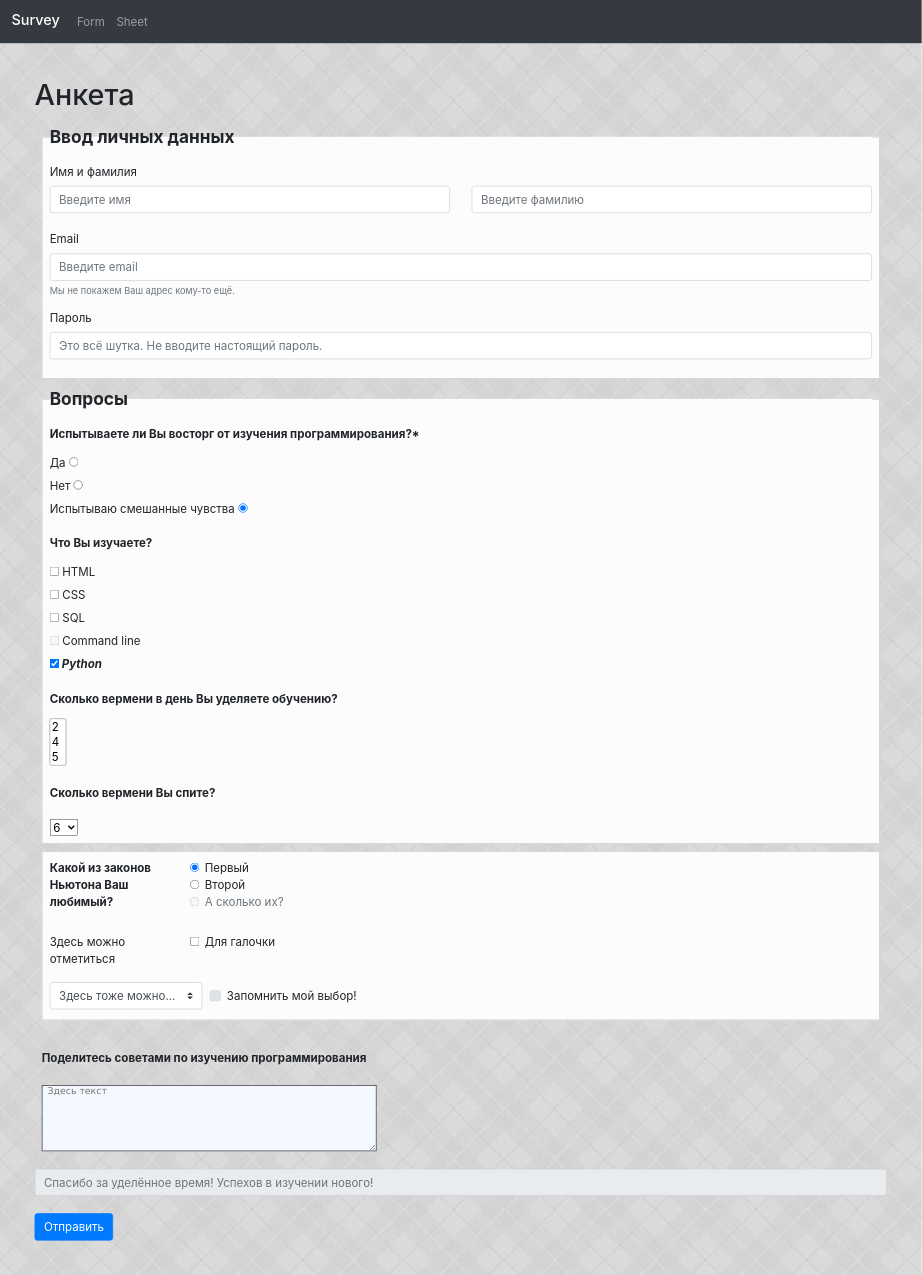
Repository: tavrora/cs50_ide
Page: http://localhost/form
The author's editor kept a record of every edit. The page is drawn from the files as they stood at one moment, then again after the next edit.
The browser window is 1280 px wide. The pictures show the whole page, at 72% of full size.
The page is served by the project's application, run on Flask 3 (pset7/survey/application.py).

Above is the page before.

### pset7/survey/templates/form.html
{% extends "layout.html" %}

{% block main %}

    <!-- http://getbootstrap.com/docs/4.1/content/typography/ -->
    <h1 class="mb-3">Анкета</h1>

    <!-- http://getbootstrap.com/docs/4.1/components/forms/ -->
    <form action="/form" method="post" name="contact_form" onsubmit="return validate_form ( );">

        <!-- TODO -->
        <fieldset>
            <legend>Ввод личных данных</legend>

            <label>Имя и фамилия</label>
            <div class="row">
                <div class="col">
                    <input name="firstname" type="text" class="form-control" placeholder="Введите имя">
                </div>
                <div class="col">
                    <input name="lastname" type="text" class="form-control" placeholder="Введите фамилию">
                </div>
            </div>
            <br />
            <div class="form-group">
                <label for="exampleInputEmail1">Email</label>
                <input name="email" type="email" class="form-control" id="exampleInputEmail1" aria-describedby="emailHelp" placeholder="Введите еmail">
                <small id="emailHelp" class="form-text text-muted">Мы не покажем Ваш адрес кому-то ещё.</small>
            </div>
            <div class="form-group">
                <label for="exampleInputPassword1">Пароль</label>
                <input name="password" type="password" class="form-control" id="exampleInputPassword1" placeholder="Это всё шутка. Не вводите настоящий пароль.">
            </div>
        </fieldset>

        <fieldset>
            <legend>Вопросы</legend>
            <p class="question">Испытываете ли Вы восторг от изучения программирования?*</p>
            <p>
                <label>Да <input type="radio" name="vostorg" value="yes"></label>
                <br />
                <label>Нет <input type="radio" name="vostorg" value="no"></label>
                <br />
                <label>Испытываю смешанные чувства <input type="radio" name="vostorg" value="yy" checked></label>
            </p>

            <p class="question">Что Вы изучаете?</p>
            <p>
                <label><input type="checkbox" name="html"> HTML</label>
                <br />
                <label><input type="checkbox" name="css"> CSS</label>
                <br />
                <label><input type="checkbox" name="sql"> SQL</label>
                <br />
                <label><input type="checkbox" name="commandline" disabled> Сommand line</label>
                <br />
                <label><input type="checkbox" name="python" checked><b><i> Python</i></b></label>
            </p>

            <p class="question">Сколько вермени в день Вы уделяете обучению?</p>
            <select name="lerns" size="3" multiple>
                <option>2</option>
                <option>4</option>
                <option>5</option>
                <option>8</option>
                <option>10</option>
            </select>
            <br />
            <br />

            <p class="question"><label for="sleep">Сколько вермени Вы спите?</label></p>
            <select name="sleep" id="sleep">
                <option>5</option>
                <option selected>6</option>
                <option value="seven">7</option>
                <option>8</option>
                <option>12</option>
            </select>

        </fieldset>

        <fieldset class="form-group">
            <div class="row">
                <legend class="col-form-label col-sm-2 pt-0">Какой из законов Ньютона Ваш любимый?</legend>
                <div class="col-sm-10">
                <div class="form-check">
                    <input class="form-check-input" type="radio" name="gridRadios" id="gridRadios1" value="option1" checked>
                    <label class="form-check-label" for="gridRadios1">
                        Первый
                    </label>
                </div>
                <div class="form-check">
                    <input class="form-check-input" type="radio" name="gridRadios" id="gridRadios2" value="option2">
                    <label class="form-check-label" for="gridRadios2">
                        Второй
                    </label>
                </div>
                <div class="form-check disabled">
                    <input class="form-check-input" type="radio" name="gridRadios" id="gridRadios3" value="option3" disabled>
                    <label class="form-check-label" for="gridRadios3">
                        А сколько их?
                    </label>
                </div>
              </div>
            </div>

            <br />

            <div class="form-group row">
                <div class="col-sm-2">Здесь можно отметиться</div>
                <div class="col-sm-10">
                    <div class="form-check">
                        <input class="form-check-input" type="checkbox" id="gridCheck1">
                        <label class="form-check-label" for="gridCheck1">
                            Для галочки
                        </label>
                    </div>
                </div>
            </div>

            <div class="form-row align-items-center">
                <div class="col-auto my-1">
                    <label class="mr-sm-2 sr-only" for="inlineFormCustomSelect">Preference</label>
                    <select class="custom-select mr-sm-2" id="inlineFormCustomSelect">
                        <option selected>Здесь тоже можно...</option>
                        <option value="1">Учиться</option>
                        <option value="2">Гулять</option>
                        <option value="3">Спать</option>
                    </select>
                </div>
                <div class="col-auto my-1">
                    <div class="custom-control custom-checkbox mr-sm-2">
                        <input type="checkbox" class="custom-control-input" id="customControlAutosizing">
                        <label class="custom-control-label" for="customControlAutosizing">Запомнить мой выбор!</label>
                    </div>
                </div>
            </div>

        </fieldset>

        <br />
        <p class=" question tp"><label for="text">Поделитесь советами по изучению программирования</label></p>
        <p><textarea name="text" cols="30" rows="6" id="text" placeholder="Здесь текст"></textarea></p>

        <input class="form-control" type="text" placeholder="Спасибо за уделённое время! Успехов в изучении нового!" readonly>
        <br />

        <!-- http://getbootstrap.com/docs/4.1/components/buttons/ -->
        <button class="btn btn-primary" type="submit">Отправить</button>

    </form>

    <script>
        // источник https://ruseller.com/lessons.php?id=592&rub=28

        function validate_form()
        {
        	valid = true;
            // 	проверка имени на фронте и на бэке
            if (document.contact_form.firstname.value == "")
            {
                alert ("Пожалуйста, введите Ваше имя.");
                valid = false;
            }

            if (document.contact_form.lastname.value == "")
            {
                alert ("Пожалуйста, введите Вашу фамилию.");
                valid = false;
            }

            if (document.contact_form.exampleInputEmail1.value == "")
            {
                alert ("Пожалуйста, введите Ваш email.");
                valid = false;
            }

            // для радиокнопок только фронтовая проверка
            if ((document.contact_form.vostorg[0].checked == false ) && ( document.contact_form.vostorg[1].checked == false ) && ( document.contact_form.vostorg[2].checked == false))
            {
                alert ("Пожалуйста, укажите тип восторга.");
                valid = false;
            }

            return valid;
        }

    </script>

{% endblock %}

### pset7/survey/templates/layout.html
<!DOCTYPE html>

<html>

    <head>

        <meta name="viewport" content="initial-scale=1, width=device-width">

        <!-- http://getbootstrap.com/docs/4.1/ -->
        <link href="https://stackpath.bootstrapcdn.com/bootstrap/4.1.3/css/bootstrap.min.css" rel="stylesheet">
        <script src="https://code.jquery.com/jquery-3.3.1.min.js"></script>
        <script src="https://cdnjs.cloudflare.com/ajax/libs/popper.js/1.14.3/umd/popper.min.js"></script>
        <script src="https://stackpath.bootstrapcdn.com/bootstrap/4.1.3/js/bootstrap.min.js"></script>

        <link href="/static/styles.css" rel="stylesheet">

        <title>Survey</title>

    </head>

    <body>

        <!-- http://getbootstrap.com/docs/4.1/components/navbar/ -->
        <nav class="navbar navbar-expand-sm navbar-dark bg-dark">
            <a class="navbar-brand mb-1 h1" href="/">Survey</a>
            <button aria-controls="navbarNav" aria-expanded="false" aria-label="Toggle navigation" class="navbar-toggler" type="button" data-target="#navbarNav" data-toggle="collapse">
                <span class="navbar-toggler-icon"></span>
            </button>
            <div class="collapse navbar-collapse" id="navbarNav">
                <ul class="navbar-nav">
                    <li class="nav-item">
                        <a class="nav-link" href="/form">Form</a>
                    </li>
                    <li class="nav-item">
                        <a class="nav-link" href="/sheet">Sheet</a>
                    </li>
                </ul>
            </div>
        </nav>

        <!-- http://getbootstrap.com/docs/4.1/layout/overview/#containers -->
        <main class="container-fluid p-5">
            {% block main %}{% endblock %}
        </main>

    </body>

</html>

### pset7/survey/application.py
import cs50
import csv

from flask import Flask, jsonify, redirect, render_template, request

# Configure application
app = Flask(__name__)

# Reload templates when they are changed
app.config["TEMPLATES_AUTO_RELOAD"] = True


@app.after_request
def after_request(response):
    """Disable caching"""
    response.headers["Cache-Control"] = "no-cache, no-store, must-revalidate"
    response.headers["Expires"] = 0
    response.headers["Pragma"] = "no-cache"
    return response


@app.route("/", methods=["GET"])
def get_index():
    return redirect("/form")


@app.route("/form", methods=["GET"])
def get_form():
    return render_template("form.html")


@app.route("/form", methods=["POST"])
def post_form():
    # (в скобках значения атрибута "name"?)
    firstname = request.form.get("firstname")     # это серверная проверка пустоты формы на случай отключения js
    lastname = request.form.get("lastname")
    password = request.form.get("password")     # проверка только на бэке
    if not firstname or not lastname or not password:
        return render_template("error.html", message="Вы, хитрец, отключили js и не заполнили имя или пароль (или просто не заполнили пароль). Пожалуйста, заполните указанные поля")

    # в случае валидных данных (заполнены имя и пароль) - сохраняем данные в файле csv
    # и переводим пользователя на таблицу просмотра данных

    with open("survey.csv", "a") as file:
        writer = csv.writer(file)
        writer.writerow((request.form.get("firstname"), request.form.get("lastname"),
                         request.form.get("email"), request.form.get("password"),
                         request.form.get("text")))

    return redirect("/sheet")


@app.route("/sheet", methods=["GET"])
def get_sheet():
    with open("survey.csv", "r") as file:
        reader = csv.reader(file)
        respondents = list(reader)
    return render_template("sheet.html", respondents=respondents)

### pset7/survey/static/styles.css
/* TODO */

body {
	/*font: 13px Verdana, sans-serif;*/
	/*color: #333333;*/
	/*background-color: #808080;*/
	background-image: url(102.png);
}

legend {
	font-weight: bold;
}

.question {
	font-weight: bold;
}

.tp {
	margin-left: 10px;
}

fieldset {
	padding: 10px;
	margin: 10px;
	border: 1px solid #cccccc;
	background-color: #FCFCFC;
}

textarea {
	border: 1px solid #333333;
	background-color: #F4F9FF;
	width: 465px;
	margin: 2px 10px;
	font: 13px Verdana, sans-serif;
	padding: 0 7px;
}

textarea:focus {
	border: 2px solid #7AA5DA;
	background-color: #FFFFFF;
}

label {
	cursor: pointer;
}

.input {
	border: 1px solid #333333;
	width: 300px;
	height: 27px;
	background-image: url(../images/inputbg.jpg);
	background-repeat: repeat-x;
	font: 13px Verdana, sans-serif;
	line-height: 27px; /* для IE */
	padding: 0 7px;
}

.input:focus {
	border: 2px solid #7AA5DA;
	background: none;
	background-color: #FFFFFF;
}

After the next edit:
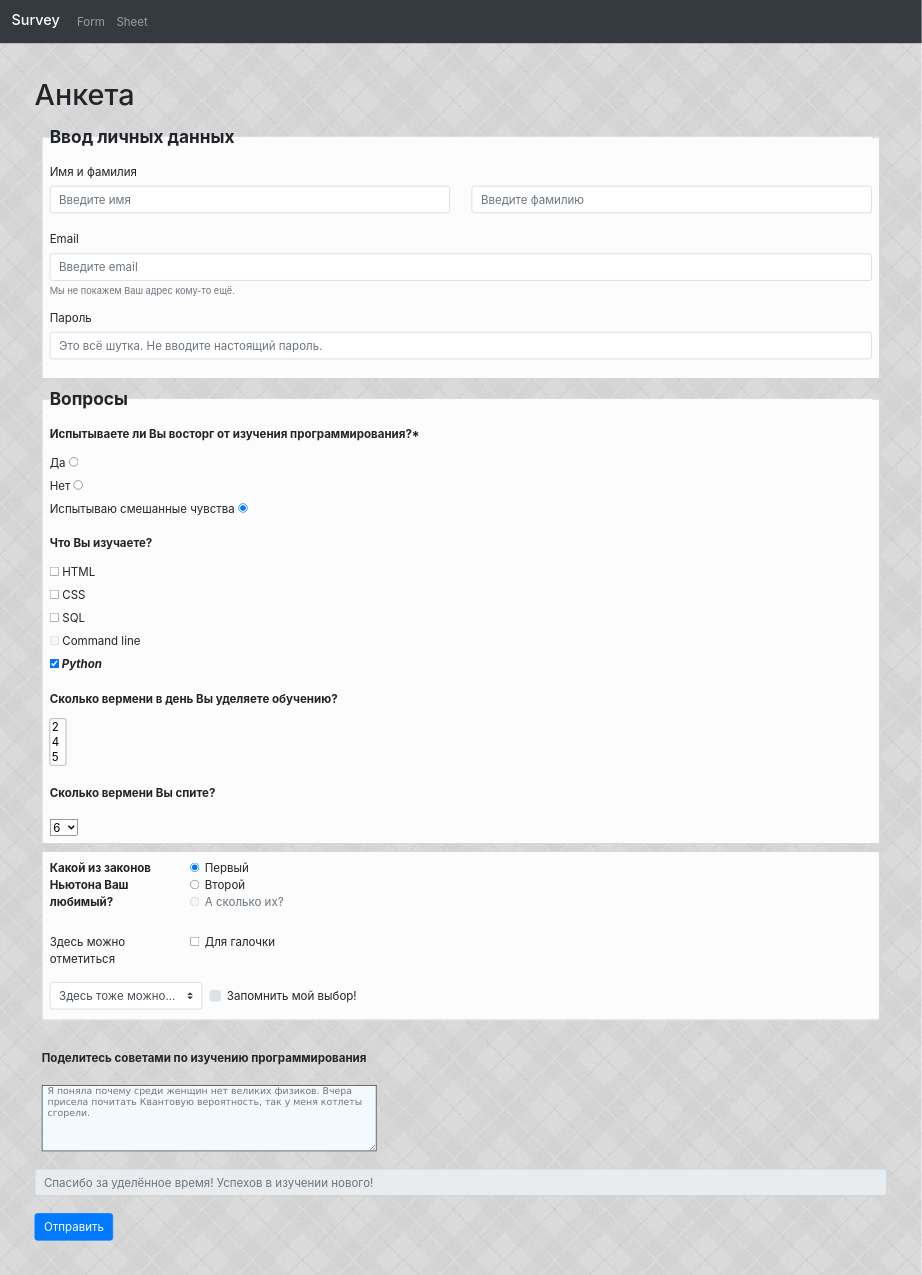
The edit:
--- a/pset7/survey/templates/form.html
+++ b/pset7/survey/templates/form.html
@@ -140,7 +140,7 @@
 
         <br />
         <p class=" question tp"><label for="text">Поделитесь советами по изучению программирования</label></p>
-        <p><textarea name="text" cols="30" rows="6" id="text" placeholder="Здесь текст"></textarea></p>
+        <p><textarea name="text" cols="30" rows="6" id="text" placeholder="Я поняла почему среди женщин нет великих физиков. Вчера присела почитать Квантовую вероятность, так у меня котлеты сгорели."></textarea></p>
 
         <input class="form-control" type="text" placeholder="Спасибо за уделённое время! Успехов в изучении нового!" readonly>
         <br />
